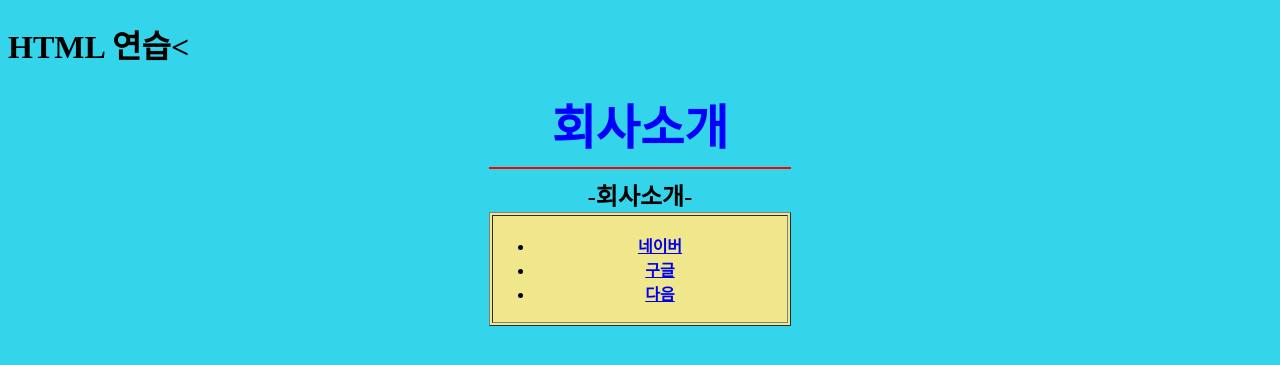
Repository: sika5382/jsp
Page: html/WebContent/NewFile2.html
These files come from the project's save history. The page is drawn as it stood at one moment and after the next save; the edit follows.
The browser window is 1280 px wide. The pictures show the whole page.

Above is the page before, as saved 2020-10-29 08:14:53.

### html/WebContent/NewFile2.html
<!DOCTYPE html>
<html>
<head>
<meta charset="UTF-8">
<title>Insert title here</title>
</head>
<body style="background-color:#34d5eb;">
	<h1>
		HTML 연습<

	</h1>
		<table border="1" align="center" width="300" bgcolor="khaki">

			<caption>
				<font size="7" color = "blue" align="center"><b>회사소개</b></font>
				<hr color="red" width = "300">
				<font size="5"><b>-회사소개-</b></font>


			</caption>
			<tr>
				<th>

				<ul>

				<li><a href = "https://www.naver.com/" title="네이버">네이버</li>
				<li><a href = "https://www.naver.com/" title="구글">구글</li>
				<li><a href = "https://www.naver.com/" title="다음">다음</li>

				</ul>
				</th>
			</tr>


	</table>








</body>
</html>

After the next save:
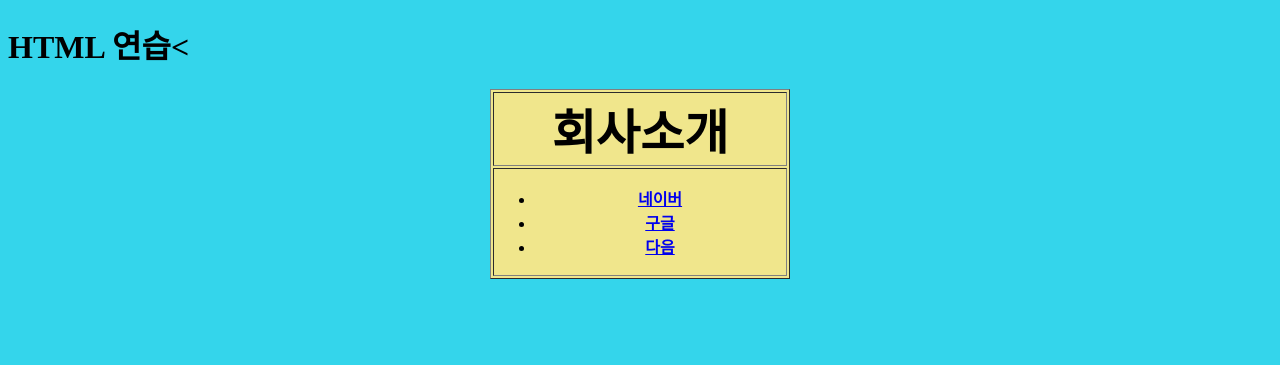
Saved 2 min 4 s later.
--- a/html/WebContent/NewFile2.html
+++ b/html/WebContent/NewFile2.html
@@ -11,13 +11,12 @@
 	</h1>
 		<table border="1" align="center" width="300" bgcolor="khaki">
 
-			<caption>
-				<font size="7" color = "blue" align="center"><b>회사소개</b></font>
-				<hr color="red" width = "300">
-				<font size="5"><b>-회사소개-</b></font>
+			<tr>
+				<th colspan="3">
+					<font size="7 color ="blue">회사소개
+				</th>
 
-
-			</caption>
+			</tr>
 			<tr>
 				<th>
 
